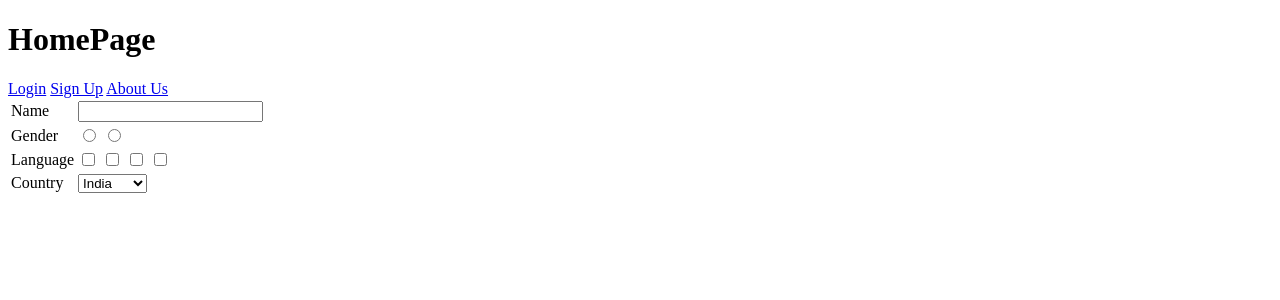
Repository: chirag555/Java_full_stack
Page: http://localhost/BasicMVC/Index.jsp
These files come from the project's save history. The page is drawn as it stood at one moment and after the next save; the edit follows.
The browser window is 1280 px wide. The pictures show the whole page.
The page is served by Tomcat 9. Other server files are loaded and not shown.

Above is the page before, as saved 2020-02-13 07:42:47.

### BasicMVC/WebContent/Index.jsp
<%@ page language="java" contentType="text/html; charset=ISO-8859-1"
    pageEncoding="ISO-8859-1"%>
<!DOCTYPE html>
<html>
<head>
<meta charset="ISO-8859-1">
<title>Home Page</title>
</head>
<body>
<h1>HomePage</h1>
<a href="<%=request.getContextPath()%>/Controller?page=login">Login</a>
<a href="<%=request.getContextPath()%>/Controller?page=SignUp">Sign Up</a>
<a href="<%=request.getContextPath()%>/Controller?page=about">About Us</a>

<form metod=get action="submit.jsp">
<table>
<tr>
<td>Name</td>
<td><input type=text name=name></td>
</tr>
<tr>
<td>Gender</td>
<td><input type=radio name=gender value=male>
	  <input type=radio name=gender value=female></td></tr>
<tr><td>
Language</td><td><input type=checkbox name=language value=English>
				<input type=checkbox name=language value=Hindi>
				<input type=checkbox name=language value=Gujarati>
				<input type=checkbox name=language value=Punjabi>
</td>
<tr>
<td>
Country</td><td><select name=country>
<option value=india>India</option>
<option value=usa>USA</option>
<option value=nepal>Nepal</option>
<option value=uganda>Uganda</option>
</select>
</td>
</tr>
</table>
</form>
</body>
</html>

After the next save:
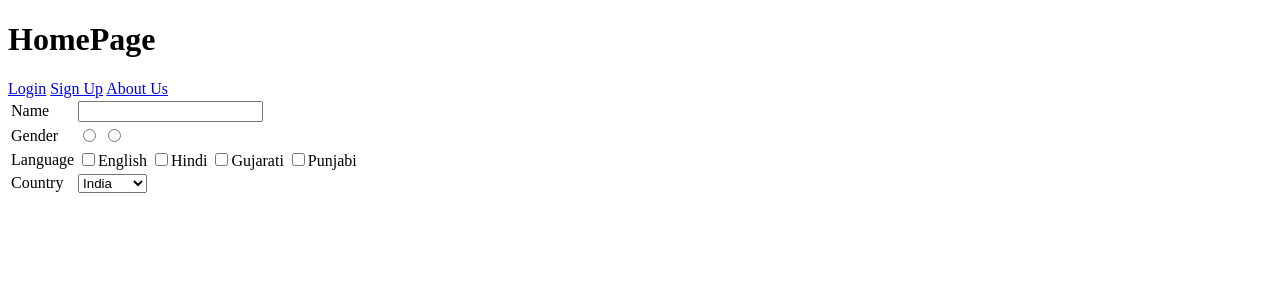
Saved 52 s later.
--- a/BasicMVC/WebContent/Index.jsp
+++ b/BasicMVC/WebContent/Index.jsp
@@ -23,10 +23,10 @@
 <td><input type=radio name=gender value=male>
 	  <input type=radio name=gender value=female></td></tr>
 <tr><td>
-Language</td><td><input type=checkbox name=language value=English>
-				<input type=checkbox name=language value=Hindi>
-				<input type=checkbox name=language value=Gujarati>
-				<input type=checkbox name=language value=Punjabi>
+Language</td><td><input type=checkbox name=language value=English>English
+				<input type=checkbox name=language value=Hindi>Hindi
+				<input type=checkbox name=language value=Gujarati>Gujarati
+				<input type=checkbox name=language value=Punjabi>Punjabi
 </td>
 <tr>
 <td>
